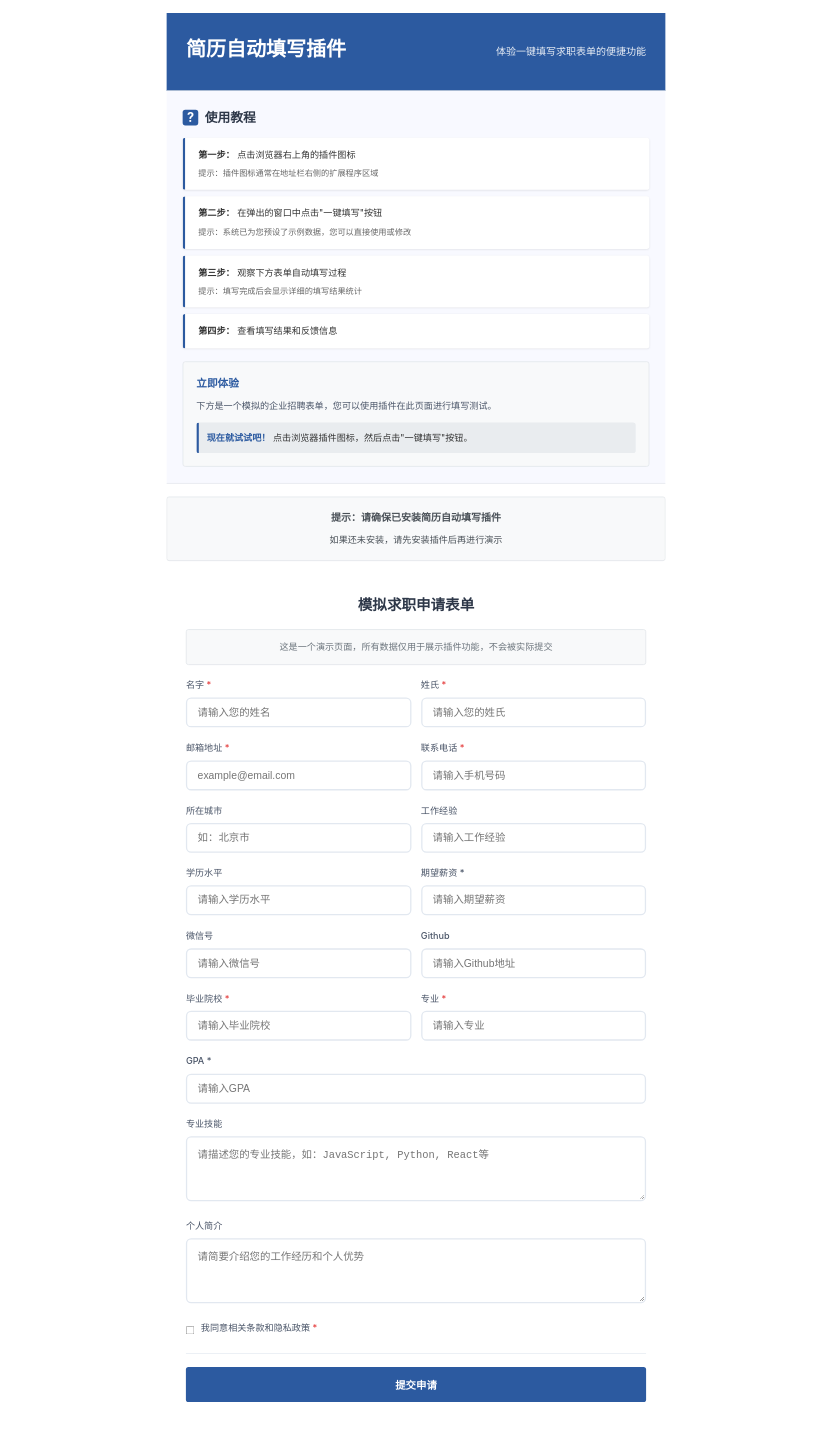
Repository: Zion74/jiancareer-chrome-main-zhn
Page: public/mock-form.html
An editor plug-in stored every save of this project. The page is shown before and after a run of saves, followed by the edit.
The browser window is 1280 px wide. The pictures show the whole page, at 65% of full size.

Above is the page before, as saved 2025-09-09 23:12:49.

### public/mock-form.html
<!DOCTYPE html>
<html lang="zh-CN">
<head>
    <meta charset="UTF-8">
    <meta name="viewport" content="width=device-width, initial-scale=1.0">
    <title>简历自动填写插件 - 教学演示页面</title>
    <link rel="stylesheet" href="styles.css">
    <style>
        body {
            font-family: -apple-system, BlinkMacSystemFont, 'Segoe UI', Roboto, sans-serif;
            line-height: 1.6;
            margin: 0;
            padding: 0;
            background: #ffffff;
            min-height: 100vh;
            display: flex;
            justify-content: center;
            align-items: flex-start;
        }

        .container {
            width: 60%;
            max-width: 1200px;
            margin: 20px auto;
            background: white;
            border-radius: 0;
            box-shadow: none;
            border: none;
            overflow: hidden;
        }

        .header {
            background: #2c5aa0;
            color: white;
            padding: 30px;
            text-align: center;
        }

        .header h1 {
            margin: 0 0 10px 0;
            font-size: 2.2em;
            font-weight: 600;
        }

        .header p {
            margin: 0;
            font-size: 1.1em;
            opacity: 0.9;
        }

        .tutorial-section {
            background: #f8f9ff;
            padding: 25px;
            border-bottom: 1px solid #e1e5e9;
        }

        .tutorial-title {
            color: #2d3748;
            font-size: 1.4em;
            font-weight: 600;
            margin-bottom: 15px;
            display: flex;
            align-items: center;
        }

        .tutorial-icon {
            width: 24px;
            height: 24px;
            margin-right: 10px;
            background: #2c5aa0;
            border-radius: 4px;
            display: flex;
            align-items: center;
            justify-content: center;
            color: white;
            font-weight: bold;
        }

        .tutorial-steps {
            list-style: none;
            padding: 0;
            margin: 0;
        }

        .tutorial-steps li {
            background: white;
            margin: 10px 0;
            padding: 15px 20px;
            border-radius: 4px;
            border-left: 4px solid #2c5aa0;
            box-shadow: 0 1px 3px rgba(0,0,0,0.1);
        }

        .form-section {
            padding: 30px;
        }

        .form-title {
            color: #2d3748;
            font-size: 1.6em;
            font-weight: 600;
            margin-bottom: 20px;
            text-align: center;
        }

        .form-group {
            margin-bottom: 20px;
        }

        .form-row {
            display: flex;
            gap: 15px;
            margin-bottom: 20px;
        }

        .form-row .form-group {
            flex: 1;
            margin-bottom: 0;
        }

        label {
            display: block;
            margin-bottom: 8px;
            font-weight: 500;
            color: #4a5568;
        }

        .required {
            color: #e53e3e;
        }

        input[type="text"],
        input[type="email"],
        input[type="tel"],
        select,
        textarea {
            width: 100%;
            padding: 12px 16px;
            border: 2px solid #e2e8f0;
            border-radius: 8px;
            font-size: 16px;
            transition: all 0.3s ease;
            box-sizing: border-box;
        }

        input:focus,
        select:focus,
        textarea:focus {
            outline: none;
            border-color: #2c5aa0;
            box-shadow: 0 0 0 2px rgba(44, 90, 160, 0.1);
        }

        select {
            cursor: pointer;
        }

        textarea {
            resize: vertical;
            min-height: 100px;
        }

        .checkbox-group {
            display: flex;
            align-items: center;
            margin: 20px 0;
        }

        .checkbox-group input[type="checkbox"] {
            width: auto;
            margin-right: 10px;
        }

        .submit-section {
            text-align: center;
            padding: 20px 0;
            border-top: 1px solid #e2e8f0;
        }

        .btn {
            background: #2c5aa0;
            color: white;
            border: none;
            padding: 15px 40px;
            border-radius: 4px;
            font-size: 16px;
            font-weight: 600;
            cursor: pointer;
            transition: all 0.3s ease;
        }

        .btn:hover {
            background: #1e3d6f;
        }

        .demo-notice {
            background: #f8f9fa;
            border: 1px solid #dee2e6;
            color: #6c757d;
            padding: 15px;
            border-radius: 4px;
            margin: 20px 0;
            text-align: center;
            font-weight: 500;
        }

        .extension-hint {
            background: #f8f9fa;
            border: 1px solid #dee2e6;
            color: #495057;
            padding: 20px;
            border-radius: 4px;
            margin: 20px 0;
            text-align: center;
        }

        .extension-hint strong {
            display: block;
            font-size: 1.1em;
            margin-bottom: 10px;
        }

        @media (max-width: 768px) {
            .form-row {
                flex-direction: column;
                gap: 0;
            }

            .container {
                margin: 0;
                border-radius: 0;
            }

            .header {
                padding: 20px;
            }

            .header h1 {
                font-size: 1.8em;
            }

            .form-section {
                padding: 20px;
            }

            .tutorial-section {
                padding: 20px;
            }
        }
    </style>
</head>
<body>
    <div class="container">
        <div class="header">
            <h1>简历自动填写插件</h1>
            <p>体验一键填写求职表单的便捷功能</p>
        </div>

        <div class="tutorial-section">
            <div class="tutorial-title">
                <div class="tutorial-icon">?</div>
                使用教程
            </div>
            <ol class="tutorial-steps">
                <li><strong>第一步：</strong> 点击浏览器右上角的插件图标
                    <div style="margin-top: 8px; color: #666; font-size: 0.9em;">提示：插件图标通常在地址栏右侧的扩展程序区域</div>
                </li>
                <li><strong>第二步：</strong> 在弹出的窗口中点击"一键填写"按钮
                    <div style="margin-top: 8px; color: #666; font-size: 0.9em;">提示：系统已为您预设了示例数据，您可以直接使用或修改</div>
                </li>
                <li><strong>第三步：</strong> 观察下方表单自动填写过程
                    <div style="margin-top: 8px; color: #666; font-size: 0.9em;">提示：填写完成后会显示详细的填写结果统计</div>
                </li>
                <li><strong>第四步：</strong> 查看填写结果和反馈信息</li>
            </ol>

            <div style="background: #f8f9fa; border: 1px solid #dee2e6; border-radius: 4px; padding: 20px; margin-top: 20px;">
                <h3 style="margin: 0 0 10px 0; color: #2c5aa0;">立即体验</h3>
                <p style="margin: 0 0 15px 0; color: #4a5568;">下方是一个模拟的企业招聘表单，您可以使用插件在此页面进行填写测试。</p>
                <div style="background: #e9ecef; padding: 12px; border-radius: 4px; border-left: 4px solid #2c5aa0;">
                    <strong style="color: #2c5aa0;">现在就试试吧！</strong> 点击浏览器插件图标，然后点击"一键填写"按钮。
                </div>
            </div>
        </div>

        <div class="extension-hint">
            <strong>提示：请确保已安装简历自动填写插件</strong>
            如果还未安装，请先安装插件后再进行演示
        </div>

        <div class="form-section">
            <h2 class="form-title">模拟求职申请表单</h2>

            <div class="demo-notice">
                这是一个演示页面，所有数据仅用于展示插件功能，不会被实际提交
            </div>

            <form id="demo-form" action="#" method="post">
                <div class="form-row">
                    <div class="form-group">
                        <label for="firstName">名字 <span class="required">*</span></label>
                        <input type="text" id="firstName" name="firstName" placeholder="请输入您的姓名" required>
                    </div>
                    <div class="form-group">
                        <label for="lastName">姓氏 <span class="required">*</span></label>
                        <input type="text" id="lastName" name="lastName" placeholder="请输入您的姓氏">
                    </div>
                </div>

                <div class="form-row">
                    <div class="form-group">
                        <label for="email">邮箱地址 <span class="required">*</span></label>
                        <input type="email" id="email" name="email" placeholder="example@email.com" required>
                    </div>
                    <div class="form-group">
                        <label for="phone">联系电话 <span class="required">*</span></label>
                        <input type="tel" id="phone" name="phone" placeholder="请输入手机号码">
                    </div>
                </div>

                <div class="form-row">
                    <div class="form-group">
                        <label for="location">所在城市</label>
                        <input type="text" id="location" name="location" placeholder="如：北京市">
                    </div>
                    <div class="form-group">
                        <label for="experience">工作经验</label>
                        <input type="text" id="experience" name="experience" placeholder="请输入工作经验" required>
                    </div>
                </div>

                <div class="form-row">
                    <div class="form-group">
                        <label for="education">学历水平</label>
                        <input type="text" id="education" name="education" placeholder="请输入学历水平" required>
                    </div>
                    <div class="form-group">
                        <label for="salary">期望薪资 *</label>
                        <input type="text" id="salary" name="salary" placeholder="请输入期望薪资" required>
                    </div>
                </div>

                <div class="form-row">
                    <div class="form-group">
                        <label for="wechat">微信号</label>
                        <input type="text" id="wechat" name="wechat" placeholder="请输入微信号" required>
                    </div>
                    <div class="form-group">
                        <label for="github">Github</label>
                        <input type="text" id="github" name="github" placeholder="请输入Github地址" required>
                    </div>
                </div>

                <div class="form-row">
                    <div class="form-group">
                        <label for="university">毕业院校 <span class="required">*</span></label>
                        <input type="text" id="university" name="university" placeholder="请输入毕业院校" required>
                    </div>
                    <div class="form-group">
                        <label for="major">专业 <span class="required">*</span></label>
                        <input type="text" id="major" name="major" placeholder="请输入专业" required>
                    </div>
                </div>

                <div class="form-row">

                    <div class="form-group">
                        <label for="gpa">GPA *</label>
                        <input type="text" id="gpa" name="gpa" placeholder="请输入GPA" required>
                    </div>
                </div>

                <div class="form-group">
                    <label for="skills">专业技能</label>
                    <textarea id="skills" name="skills" placeholder="请描述您的专业技能，如：JavaScript, Python, React等"></textarea>
                </div>

                <div class="form-group">
                    <label for="introduction">个人简介</label>
                    <textarea id="introduction" name="introduction" placeholder="请简要介绍您的工作经历和个人优势"></textarea>
                </div>

                <div class="checkbox-group">
                    <input type="checkbox" id="agree" name="agree" required>
                    <label for="agree">我同意相关条款和隐私政策 <span class="required">*</span></label>
                </div>

                <div class="submit-section">
                    <button type="submit" class="btn">提交申请</button>
                </div>
            </form>
        </div>
    </div>

    <script>
        // 监听来自插件的消息
        window.addEventListener('message', function(event) {
            if (event.data.type === 'SJ_DETECT_V1') {
                // 响应插件的检测消息
                event.source.postMessage({
                    type: 'SJ_ACK_V1',
                    success: true,
                    message: '页面已准备好进行自动填写演示'
                }, '*');
            }

            if (event.data.source === 'JIANCAREER_EXTENSION') {
                console.log('收到插件消息:', event.data);

                if (event.data.type === 'TUTORIAL_DEMO') {
                    // 处理教程演示消息
                    showTutorialMessage('插件正在演示自动填写功能...', 'info');
                } else if (event.data.type === 'AUTOFILL_COMPLETE') {
                    // 处理填写完成消息
                    const result = event.data.result;
                    let message = '';
                    let type = 'success';

                    if (result.success) {
                        message = `填写完成！成功填写 ${result.filled}/${result.total} 个字段`;
                        if (result.filled === result.total) {
                            message += ' 🎉';
                        }
                    } else {
                        message = `填写失败：${result.error || '未知错误'}`;
                        type = 'error';
                    }

                    showTutorialMessage(message, type);

                    // 如果填写成功，显示额外的成功提示
                    if (result.success && result.filled > 0) {
                        setTimeout(() => {
                            alert(`恭喜！插件已成功帮您填写了表单。\n\n填写详情：\n- 成功填写：${result.filled} 个字段\n- 总字段数：${result.total} 个\n\n您现在可以检查填写的内容，然后提交表单。`);
                        }, 1000);
                    }
                }
            }
        });

        function showTutorialMessage(message, type = 'info') {
            const colors = {
                info: '#2196F3',
                success: '#4CAF50',
                error: '#f44336',
                warning: '#ff9800'
            };

            const messageDiv = document.createElement('div');
            messageDiv.style.cssText = `
                position: fixed;
                top: 20px;
                right: 20px;
                background: ${colors[type] || colors.info};
                color: white;
                padding: 15px 20px;
                border-radius: 8px;
                box-shadow: 0 4px 12px rgba(0,0,0,0.15);
                z-index: 10000;
                font-family: -apple-system, BlinkMacSystemFont, 'Segoe UI', Roboto, sans-serif;
                font-size: 14px;
                max-width: 300px;
                word-wrap: break-word;
                animation: slideIn 0.3s ease-out;
            `;

            // 添加动画样式
            if (!document.getElementById('message-animation-style')) {
                const style = document.createElement('style');
                style.id = 'message-animation-style';
                style.textContent = `
                    @keyframes slideIn {
                        from {
                            transform: translateX(100%);
                            opacity: 0;
                        }
                        to {
                            transform: translateX(0);
                            opacity: 1;
                        }
                    }
                `;
                document.head.appendChild(style);
            }

            messageDiv.textContent = message;
            document.body.appendChild(messageDiv);

            setTimeout(() => {
                if (document.body.contains(messageDiv)) {
                    messageDiv.style.animation = 'slideIn 0.3s ease-out reverse';
                    setTimeout(() => {
                        if (document.body.contains(messageDiv)) {
                            document.body.removeChild(messageDiv);
                        }
                    }, 300);
                }
            }, type === 'error' ? 5000 : 3000);
        }

        // 表单提交处理
        document.getElementById('demo-form').addEventListener('submit', function(e) {
            e.preventDefault();
            alert('🎉 演示完成！\n\n这是一个演示页面，表单数据不会被实际提交。\n\n感谢您体验简历自动填写插件！');
        });

        // 页面加载完成后发送准备就绪消息
        window.addEventListener('load', function() {
            console.log('[Mock Form] 教学演示页面已加载完成');

            // 向插件发送页面准备就绪的消息
            if (window.chrome && window.chrome.runtime) {
                try {
                    window.chrome.runtime.sendMessage({
                        type: 'PAGE_READY',
                        url: window.location.href,
                        title: document.title
                    });
                } catch (error) {
                    console.log('[Mock Form] 插件通信失败，这是正常现象（在非插件环境中）');
                }
            }
        });

        // 添加表单字段变化监听，用于演示
        const formInputs = document.querySelectorAll('input, select, textarea');
        formInputs.forEach(input => {
            input.addEventListener('input', function() {
                // 添加填写动画效果
                this.style.backgroundColor = '#e8f5e8';
                setTimeout(() => {
                    this.style.backgroundColor = '';
                }, 1000);
            });
        });
    </script>
</body>
</html>

Loaded but not shown: public/styles.css (1105 lines, source omitted)

After the next 2 saves:
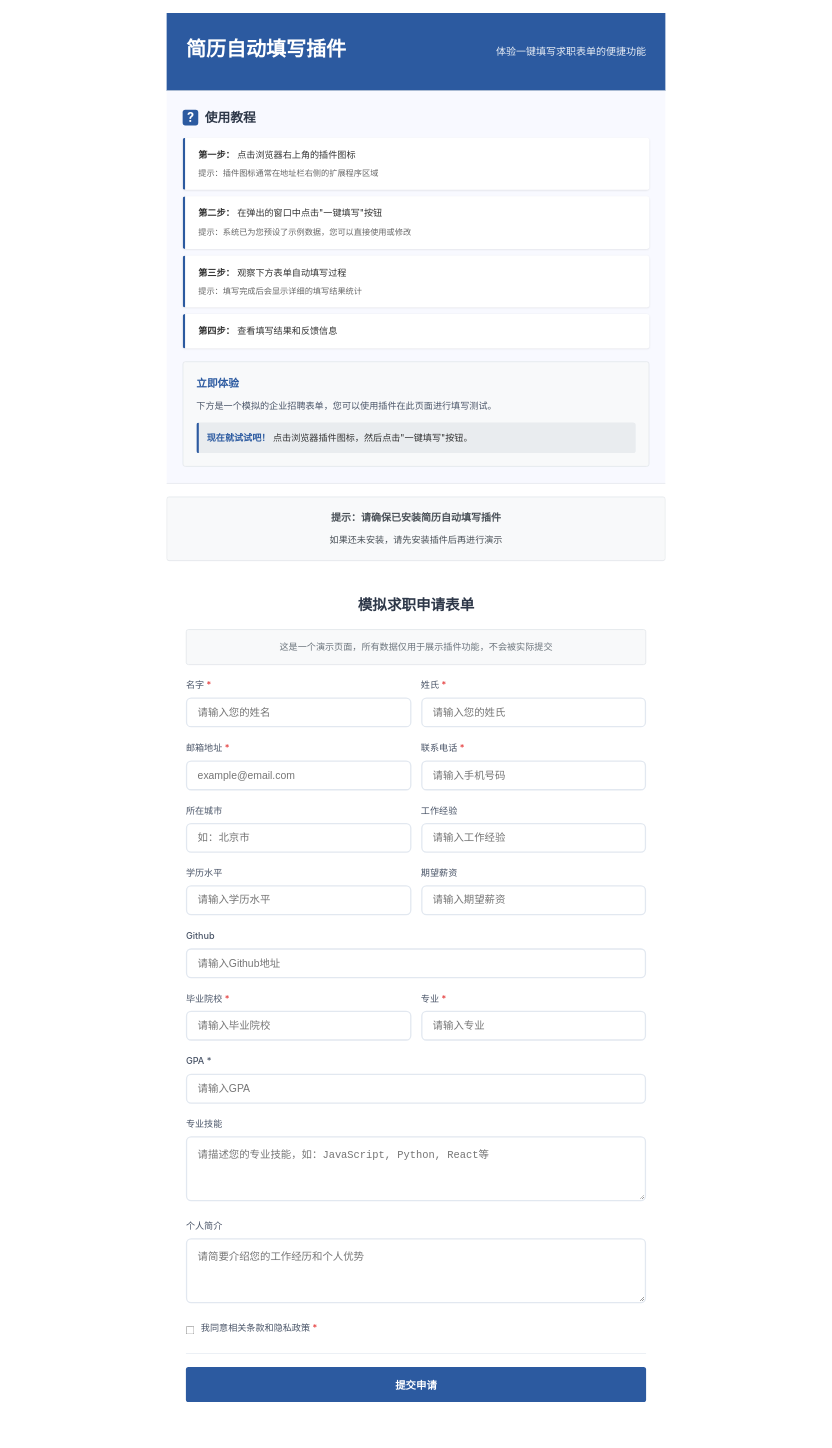
The 2 saves are shown as one change because they came seconds apart.
The last was saved 14 s later.
--- a/public/mock-form.html
+++ b/public/mock-form.html
@@ -335,16 +335,12 @@
                         <input type="text" id="education" name="education" placeholder="请输入学历水平" required>
                     </div>
                     <div class="form-group">
-                        <label for="salary">期望薪资 *</label>
+                        <label for="salary">期望薪资</label>
                         <input type="text" id="salary" name="salary" placeholder="请输入期望薪资" required>
                     </div>
                 </div>
 
                 <div class="form-row">
-                    <div class="form-group">
-                        <label for="wechat">微信号</label>
-                        <input type="text" id="wechat" name="wechat" placeholder="请输入微信号" required>
-                    </div>
                     <div class="form-group">
                         <label for="github">Github</label>
                         <input type="text" id="github" name="github" placeholder="请输入Github地址" required>
